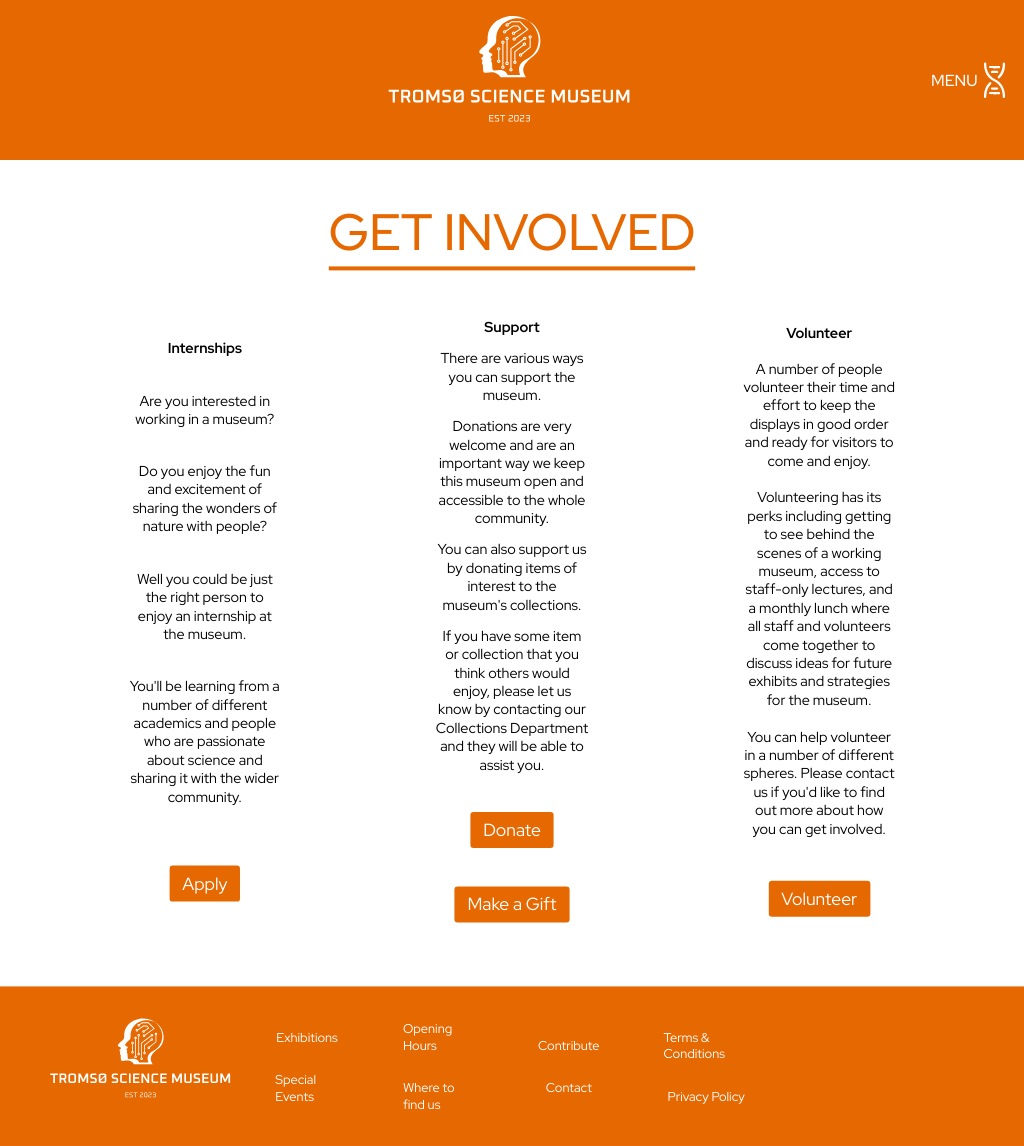
Repository: benjaminskarding/Semester-Project
Page: contribute.html
An editor plug-in stored every save of this project. The page is shown before and after the next save, followed by the edit.
The browser window is 1280 px wide. The pictures show the whole page, at 80% of full size.

Above is the page before, as saved 2023-12-19 12:16:49.

After the next save:
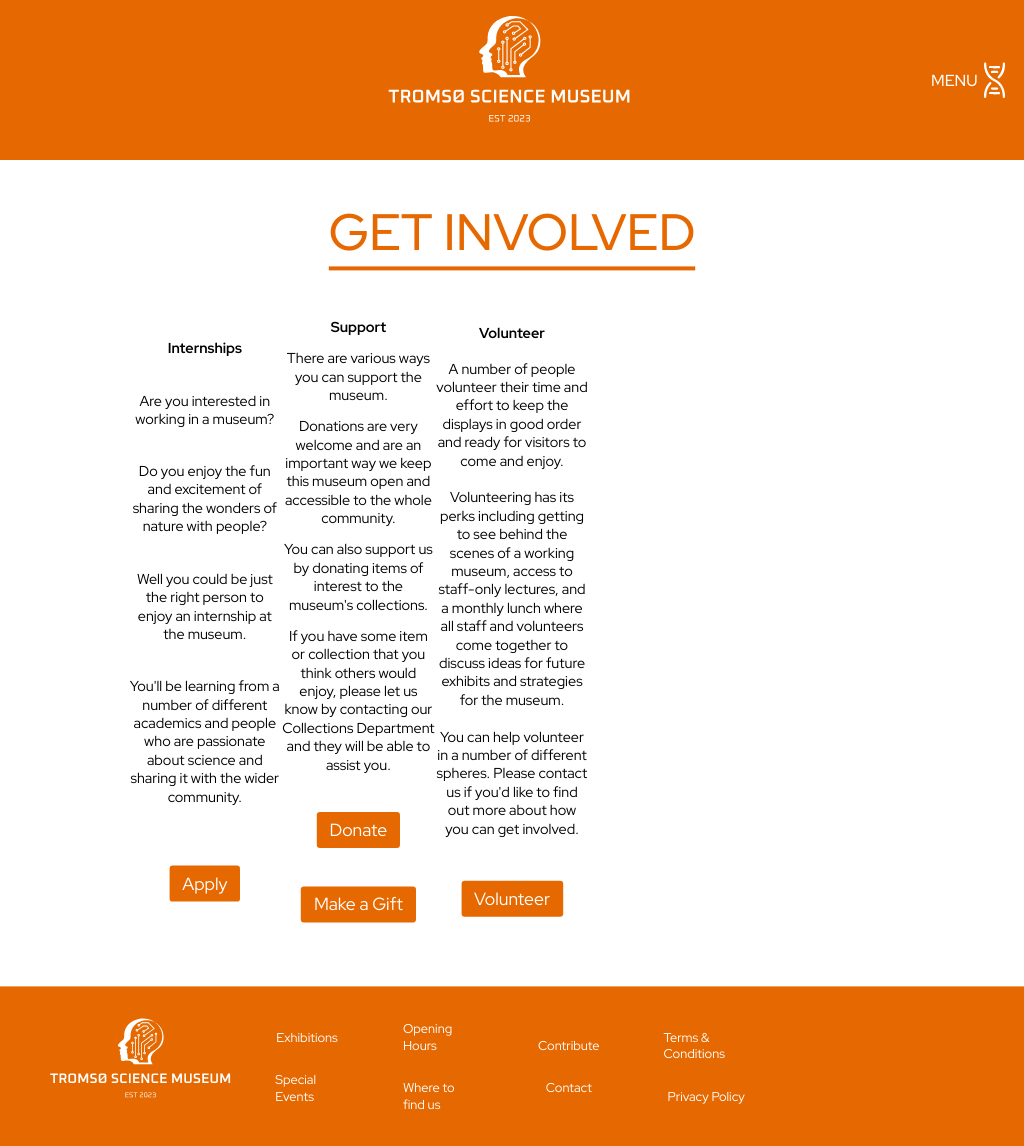
Saved 6 s later.
--- a/src/css/contribute.css
+++ b/src/css/contribute.css
@@ -26,8 +26,6 @@
 
 .main-content {
     display: flex;
-    justify-content: space-between;
-    gap: 1rem;
 }
 
 .leftCol,

After the save that followed:
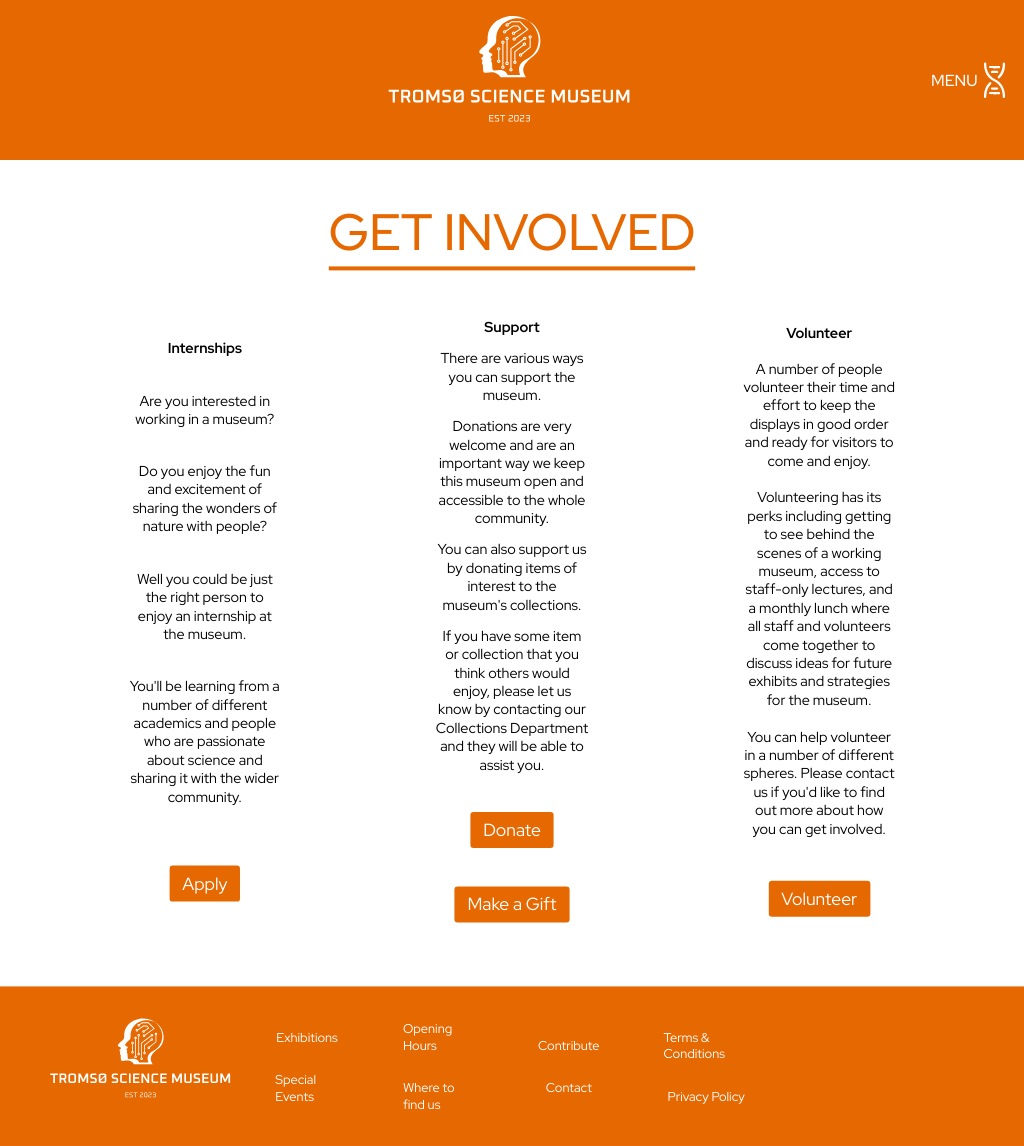
Saved 6 s later.
--- a/src/css/contribute.css
+++ b/src/css/contribute.css
@@ -26,6 +26,7 @@
 
 .main-content {
     display: flex;
+    justify-content: space-between;
 }
 
 .leftCol,
